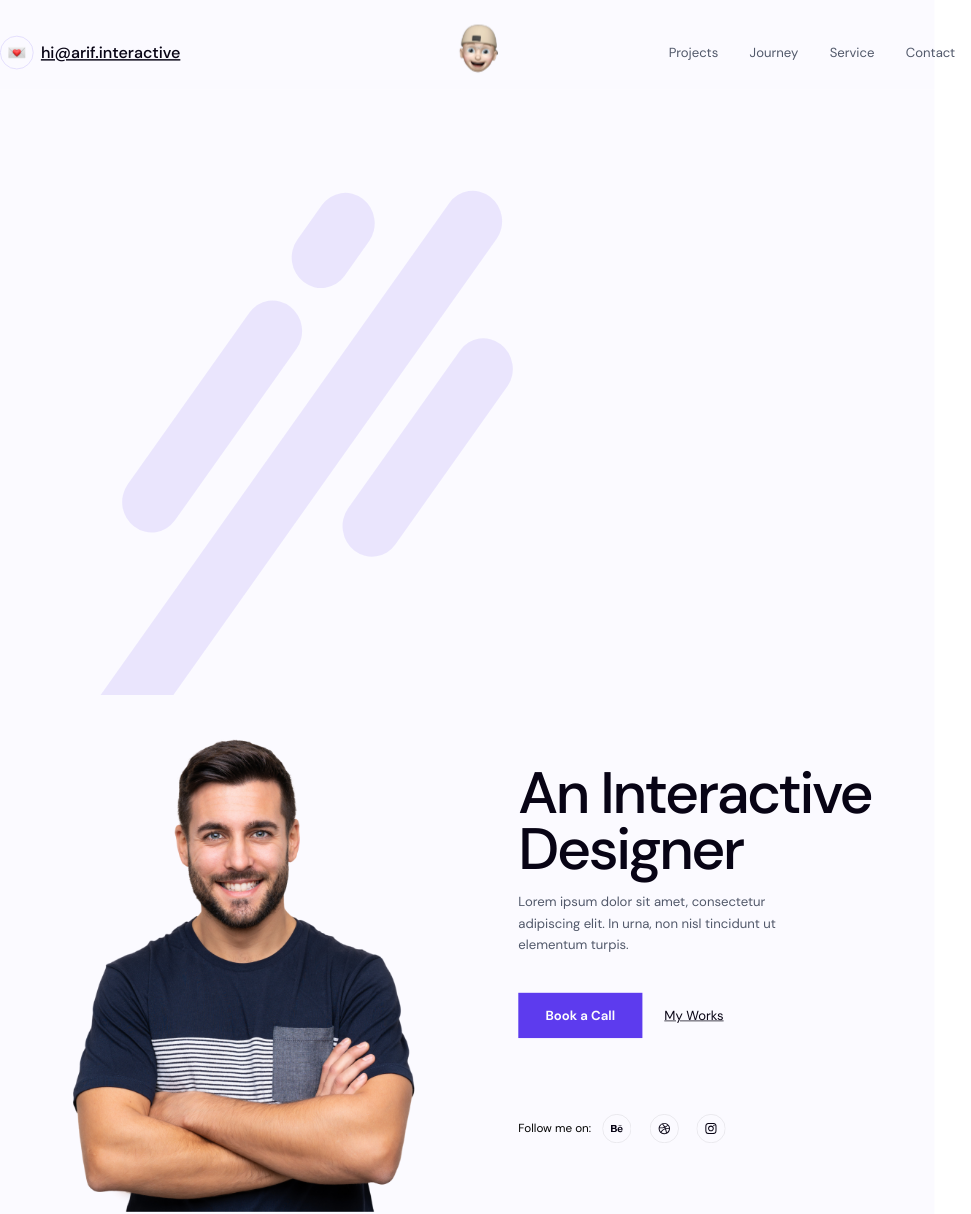
Repository: trantangtuan/project-06-grid-system12column-demo
Page: index.html
An editor plug-in stored every save of this project. The page is shown before and after the next save, followed by the edit.
The browser window is 1280 px wide. The page is 1330 px wide, so the pictures cover 1330 px, including what lies to the right of the window. The pictures show the whole page, at 73% of full size.

Above is the page before, as saved 2024-07-13 20:48:35.

### index.html
<!DOCTYPE html>
<html lang="en">
  <head>
    <meta charset="UTF-8" />
    <meta name="viewport" content="width=device-width, initial-scale=1.0" />
    <title>Project - 06 - use grid systerm 12 column</title>
    <!-- reset css -->
    <link rel="stylesheet" href="./assets/css/reset.css" />
    <!-- grid css -->
    <link rel="stylesheet" href="./assets/css/grid.css" />
    <!-- style css -->
    <link rel="stylesheet" href="./assets/css/style.css" />
    <!-- responsive css -->
    <link rel="stylesheet" href="./assets/css/responsive.css" />
    <!-- font DM sans -->
    <link rel="stylesheet" href="./assets/Font/stylesheet.css" />
  </head>
  <body>
    <!-- header -->
    <header class="header">
      <div class="nav">
        <div class="nav__mail">
          <div class="nav__mail-icon">
            <img
              class="nav__mail-img"
              src="./assets/img/mail-icon.png"
              alt="mail icon"
            />
          </div>
          <a
            href="mailto:nguyenvancuong0345723186@gmail.com"
            class="nav__mail-desc"
          >
            hi@arif.interactive
          </a>
        </div>
        <div class="logo">
          <img src="./assets/img/logo-boy.svg" alt="logo" class="logo-img" />
        </div>
        <ul class="navbar">
          <li>
            <a href="#!" class="navbar__item">Projects</a>
          </li>
          <li>
            <a href="#!" class="navbar__item">Journey</a>
          </li>
          <li>
            <a href="#!" class="navbar__item">Service</a>
          </li>
          <li>
            <a href="#!" class="navbar__item">Contact</a>
          </li>
        </ul>
      </div>
    </header>
    <!-- main -->
    <main class="main">
      <!-- hero -->
      <div class="hero">
        <div class="group-rectangle">
          <img
            class="group-rectangle__left"
            src="./assets/img/group-rectangle-left.svg"
            alt=""
          />
        </div>
        <div class="container">
          <div class="hero__left">
            <img
              src="./assets/img/hero-img.png"
              alt="image hero"
              class="hero__img"
            />
          </div>
          <div class="hero__right">
            <h1 class="hero__title">An Interactive Designer</h1>
            <p class="hero__desc">
              Lorem ipsum dolor sit amet, consectetur adipiscing elit. In urna,
              non nisl tincidunt ut elementum turpis.
            </p>
            <div class="hero__cta">
              <a href="#!" class="btn btn__book-call">Book a Call</a>
              <a href="#!" class="btn__my-detail">My Works</a>
            </div>
            <div class="hero__social-network">
              <span class="social-network__desc">Follow me on:</span>
              <div class="social-network__group">
                <a href="#!">
                  <img
                    src="./assets/img/Goggle.svg"
                    alt="goggle"
                    class="social-network__icon"
                  />
                </a>
                <a href="#!">
                  <img
                    src="./assets/img/icon.svg"
                    alt="icon"
                    class="social-network__icon"
                  />
                </a>
                <a href="#!">
                  <img
                    src="./assets/img/Instagram.svg"
                    alt="instagram"
                    class="social-network__icon"
                  />
                </a>
              </div>
            </div>
          </div>
        </div>
      </div>
    </main>
  </body>
</html>

### assets/css/grid.css
.container,
.container-fluid {
  --spacer: 10px;
  --column-size: 12;
  width: 100%;
  margin-left: auto;
  margin-right: auto;
  padding-left: calc(var(--spacer) / 2);
  padding-right: calc(var(--spacer) / 2);
}

.row {
  display: flex;
  flex-wrap: wrap;

  margin: 0px calc(-1 * var(--spacer) / 2);
}

.gutter-0 {
  --spacer: 0;
}

[class*="offset-"] {
  margin-left: calc(100% / var(--column-size) * var(--offset-value));
}

.offset-1 {
  --offset-value: 1;
}

.offset-2 {
  --offset-value: 2;
}

.offset-3 {
  --offset-value: 3;
}

.offset-4 {
  --offset-value: 4;
}

.offset-5 {
  --offset-value: 5;
}

.offset-6 {
  --offset-value: 6;
}

.offset-7 {
  --offset-value: 7;
}

.offset-8 {
  --offset-value: 8;
}

.offset-9 {
  --offset-value: 9;
}

.offset-10 {
  --offset-value: 10;
}

.offset-11 {
  --offset-value: 11;
}

.col,
.row[class*="row-cols-"] > *,
.row > [class*="col-"] {
  padding-left: calc(var(--spacer) / 2);
  padding-right: calc(var(--spacer) / 2);
}

.row[class*="row-cols-"] > *,
.row > [class*="col-"] {
  flex: 0 0 auto;
}

.row[class*="row-cols-"] > * {
  width: calc(100% / var(--row-cols-number));
}

.row-cols-1 > * {
  --row-cols-number: 1;
}

.row-cols-2 > * {
  --row-cols-number: 2;
}

.row-cols-3 > * {
  --row-cols-number: 3;
}

.row-cols-4 > * {
  --row-cols-number: 4;
}

.row-cols-5 > * {
  --row-cols-number: 5;
}

.row-cols-6 > * {
  --row-cols-number: 6;
}

.row > [class*="col-"] {
  width: calc(100% / var(--column-size) * var(--column-number));
}

.col-1 {
  --column-number: 1;
}

.col-2 {
  --column-number: 2;
}

.col-3 {
  --column-number: 3;
}

.col-4 {
  --column-number: 4;
}

.col-5 {
  --column-number: 5;
}

.col-6 {
  --column-number: 6;
}

.col-7 {
  --column-number: 7;
}

.col-8 {
  --column-number: 8;
}

.col-9 {
  --column-number: 9;
}

.col-10 {
  --column-number: 10;
}

.col-11 {
  --column-number: 11;
}

.col-12 {
  --column-number: 12;
}

/* // Small devices (landscape phones, 576px and up) */
@media (min-width: 576px) {
  .container {
    --spacer: 20px;
    width: 540px;
  }

  .gutter-sm-0 {
    --spacer: 0;
  }

  .offset-sm-1 {
    --offset-value: 1;
  }

  .offset-sm-2 {
    --offset-value: 2;
  }

  .offset-sm-3 {
    --offset-value: 3;
  }

  .offset-sm-4 {
    --offset-value: 4;
  }

  .offset-sm-5 {
    --offset-value: 5;
  }

  .offset-sm-6 {
    --offset-value: 6;
  }

  .offset-sm-7 {
    --offset-value: 7;
  }

  .offset-sm-8 {
    --offset-value: 8;
  }

  .offset-sm-9 {
    --offset-value: 9;
  }

  .offset-sm-10 {
    --offset-value: 10;
  }

  .offset-sm-11 {
    --offset-value: 11;
  }

  .col-sm-1 {
    --column-number: 1;
  }

  .col-sm-2 {
    --column-number: 2;
  }

  .col-sm-3 {
    --column-number: 3;
  }

  .col-sm-4 {
    --column-number: 4;
  }

  .col-sm-5 {
    --column-number: 5;
  }

  .col-sm-6 {
    --column-number: 6;
  }

  .col-sm-7 {
    --column-number: 7;
  }

  .col-sm-8 {
    --column-number: 8;
  }

  .col-sm-9 {
    --column-number: 9;
  }

  .col-sm-10 {
    --column-number: 10;
  }

  .col-sm-11 {
    --column-number: 11;
  }

  .col-sm-12 {
    --column-number: 12;
  }

  .row-cols-sm-1 > * {
    --row-cols-number: 1;
  }

  .row-cols-sm-2 > * {
    --row-cols-number: 2;
  }

  .row-cols-sm-3 > * {
    --row-cols-number: 3;
  }

  .row-cols-sm-4 > * {
    --row-cols-number: 4;
  }

  .row-cols-sm-5 > * {
    --row-cols-number: 5;
  }

  .row-cols-sm-6 > * {
    --row-cols-number: 6;
  }
}

/* // Medium devices (tablets, 768px and up) */
@media (min-width: 768px) {
  .container {
    width: 720px;
  }

  .gutter-md-0 {
    --spacer: 0;
  }

  .offset-md-1 {
    --offset-value: 1;
  }

  .offset-md-2 {
    --offset-value: 2;
  }

  .offset-md-3 {
    --offset-value: 3;
  }

  .offset-md-4 {
    --offset-value: 4;
  }

  .offset-md-5 {
    --offset-value: 5;
  }

  .offset-md-6 {
    --offset-value: 6;
  }

  .offset-md-7 {
    --offset-value: 7;
  }

  .offset-md-8 {
    --offset-value: 8;
  }

  .offset-md-9 {
    --offset-value: 9;
  }

  .offset-md-10 {
    --offset-value: 10;
  }

  .offset-md-11 {
    --offset-value: 11;
  }

  .col-md-1 {
    --column-number: 1;
  }

  .col-md-2 {
    --column-number: 2;
  }

  .col-md-3 {
    --column-number: 3;
  }

  .col-md-4 {
    --column-number: 4;
  }

  .col-md-5 {
    --column-number: 5;
  }

  .col-md-6 {
    --column-number: 6;
  }

  .col-md-7 {
    --column-number: 7;
  }

  .col-md-8 {
    --column-number: 8;
  }

  .col-md-9 {
    --column-number: 9;
  }

  .col-md-10 {
    --column-number: 10;
  }

  .col-md-11 {
    --column-number: 11;
  }

  .col-md-12 {
    --column-number: 12;
  }

  .row-cols-md-1 > * {
    --row-cols-number: 1;
  }

  .row-cols-md-2 > * {
    --row-cols-number: 2;
  }

  .row-cols-md-3 > * {
    --row-cols-number: 3;
  }

  .row-cols-md-4 > * {
    --row-cols-number: 4;
  }

  .row-cols-md-5 > * {
    --row-cols-number: 5;
  }

  .row-cols-md-6 > * {
    --row-cols-number: 6;
  }
}

/* // Large devices (desktops, 992px and up) */
@media (min-width: 992px) {
  .container {
    width: 960px;
    --spacer: 30px;
  }

  .gutter-lg-0 {
    --spacer: 0;
  }

  .offset-lg-1 {
    --offset-value: 1;
  }

  .offset-lg-2 {
    --offset-value: 2;
  }

  .offset-lg-3 {
    --offset-value: 3;
  }

  .offset-lg-4 {
    --offset-value: 4;
  }

  .offset-lg-5 {
    --offset-value: 5;
  }

  .offset-lg-6 {
    --offset-value: 6;
  }

  .offset-lg-7 {
    --offset-value: 7;
  }

  .offset-lg-8 {
    --offset-value: 8;
  }

  .offset-lg-9 {
    --offset-value: 9;
  }

  .offset-lg-10 {
    --offset-value: 10;
  }

  .offset-lg-11 {
    --offset-value: 11;
  }

  .col-lg-1 {
    --column-number: 1;
  }

  .col-lg-2 {
    --column-number: 2;
  }

  .col-lg-3 {
    --column-number: 3;
  }

  .col-lg-4 {
    --column-number: 4;
  }

  .col-lg-5 {
    --column-number: 5;
  }

  .col-lg-6 {
    --column-number: 6;
  }

  .col-lg-7 {
    --column-number: 7;
  }

  .col-lg-8 {
    --column-number: 8;
  }

  .col-lg-9 {
    --column-number: 9;
  }

  .col-lg-10 {
    --column-number: 10;
  }

  .col-lg-11 {
    --column-number: 11;
  }

  .col-lg-12 {
    --column-number: 12;
  }

  .row-cols-lg-1 > * {
    --row-cols-number: 1;
  }

  .row-cols-lg-2 > * {
    --row-cols-number: 2;
  }

  .row-cols-lg-3 > * {
    --row-cols-number: 3;
  }

  .row-cols-lg-4 > * {
    --row-cols-number: 4;
  }

  .row-cols-lg-5 > * {
    --row-cols-number: 5;
  }

  .row-cols-lg-6 > * {
    --row-cols-number: 6;
  }
}

/* // X-Large devices (large desktops, 1200px and up) */
@media (min-width: 1200px) {
  .container {
    width: 1170px;
  }

  .gutter-xl-0 {
    --spacer: 0;
  }

  .offset-xl-1 {
    --offset-value: 1;
  }

  .offset-xl-2 {
    --offset-value: 2;
  }

  .offset-xl-3 {
    --offset-value: 3;
  }

  .offset-xl-4 {
    --offset-value: 4;
  }

  .offset-xl-5 {
    --offset-value: 5;
  }

  .offset-xl-6 {
    --offset-value: 6;
  }

  .offset-xl-7 {
    --offset-value: 7;
  }

  .offset-xl-8 {
    --offset-value: 8;
  }

  .offset-xl-9 {
    --offset-value: 9;
  }

  .offset-xl-10 {
    --offset-value: 10;
  }

  .offset-xl-11 {
    --offset-value: 11;
  }

  .col-xl-1 {
    --column-number: 1;
  }

  .col-xl-2 {
    --column-number: 2;
  }

  .col-xl-3 {
    --column-number: 3;
  }

  .col-xl-4 {
    --column-number: 4;
  }

  .col-xl-5 {
    --column-number: 5;
  }

  .col-xl-6 {
    --column-number: 6;
  }

  .col-xl-7 {
    --column-number: 7;
  }

  .col-xl-8 {
    --column-number: 8;
  }

  .col-xl-9 {
    --column-number: 9;
  }

  .col-xl-10 {
    --column-number: 10;
  }

  .col-xl-11 {
    --column-number: 11;
  }

  .col-xl-12 {
    --column-number: 12;
  }

  .row-cols-xl-1 > * {
    --row-cols-number: 1;
  }

  .row-cols-xl-2 > * {
    --row-cols-number: 2;
  }

  .row-cols-xl-3 > * {
    --row-cols-number: 3;
  }

  .row-cols-xl-4 > * {
    --row-cols-number: 4;
  }

  .row-cols-xl-5 > * {
    --row-cols-number: 5;
  }

  .row-cols-xl-6 > * {
    --row-cols-number: 6;
  }
}

### assets/css/style.css
:root {
  --primary-color: #5d3bee;
  --secondary-color: #51586a;
}

*,
::after,
::before {
  box-sizing: border-box;
}

html {
  font-size: 62.5%;
}

body {
  font-size: 1.6rem;
  font-family: "DM Sans", sans-serif;
}

.item {
  /* width: 33.3333%; */
  border: 1px dashed orange;
  flex: 1 0;
}

/* ======================common======================== */

a {
  text-decoration: none;
  color: var(--secondary-color);
  font-size: 1.8rem;
  font-style: normal;
  font-weight: 400;
}

.btn {
  display: inline-block;
  height: 62px;
  min-width: 170px;
  background-color: var(--primary-color);
  padding: 0px 8px;
  color: #fdfdfd;
  font-size: 1.8rem;
  font-style: normal;
  font-weight: 700;
  line-height: 62px;
  text-align: center;
}

/* ==========================header========================= */

.header {
  background-color: #fbfaff;
  padding-top: 20px;
  position: sticky;
  top: -20px;
  z-index: 999;
}

.nav {
  width: 1330px;
  margin: 0px auto;
  display: flex;
  align-items: center;
}

.nav__mail {
  display: flex;
  align-items: center;
  gap: 0 10px;
}

.nav__mail-icon {
  width: 46px;
  height: 46px;
  border-radius: 50%;
  border: 1px solid #dcd4fc;
  display: flex;
  align-items: center;
  justify-content: center;
}

.nav__mail-desc {
  color: #080415;
  font-size: 2.2rem;
  font-style: normal;
  font-weight: 500;
  line-height: 136.364%;
  text-decoration: underline;
}

.logo {
  margin-left: 357px;
}

.logo-img {
  height: 100px;
  width: 100px;
}

.navbar {
  margin-left: auto;
  display: flex;
  align-items: center;
}

.navbar__item {
  padding: 8px 21.5px;
}

/* ========================main================== */
/* hero */

.hero {
  padding-top: 44px;
  background-color: #fbfaff;
  position: relative;
}

.hero > .container {
  display: flex;
  align-items: center;
}

.hero__img {
  width: 514px;
}

.hero__right {
  width: 500px;
  margin-left: auto;
}

.hero__title {
  color: #080415;
  font-size: 8rem;
  font-style: normal;
  font-weight: 500;
  line-height: 95%;
  letter-spacing: -3.2px;
}

.hero__desc {
  width: 370px;
  margin-top: 20px;
  color: #51586a;
  font-size: 1.8rem;
  font-style: normal;
  font-weight: 400;
  line-height: 166.667%;
}

.hero__cta {
  margin-top: 50px;
  display: flex;
  align-items: center;
  gap: 30px;
}

.btn__my-detail {
  background-color: transparent;
  color: #080415;
  text-decoration: underline;
}

.hero__social-network {
  margin-top: 104px;
  display: flex;
  /* align-items: center; */
}

.social-network__desc {
  line-height: 40px;
  margin-right: -5px;
}

.social-network__icon {
  width: 40px;
  height: 40px;
  margin-left: 20px;
}

### assets/Font/stylesheet.css
@font-face {
    font-family: 'DM Sans';
    src: url('DMSans-Bold.woff2') format('woff2'),
        url('DMSans-Bold.woff') format('woff');
    font-weight: bold;
    font-style: normal;
    font-display: swap;
}

@font-face {
    font-family: 'DM Sans';
    src: url('DMSans-Italic.woff2') format('woff2'),
        url('DMSans-Italic.woff') format('woff');
    font-weight: normal;
    font-style: italic;
    font-display: swap;
}

@font-face {
    font-family: 'DM Sans';
    src: url('DMSans-BoldItalic.woff2') format('woff2'),
        url('DMSans-BoldItalic.woff') format('woff');
    font-weight: bold;
    font-style: italic;
    font-display: swap;
}

@font-face {
    font-family: 'DM Sans';
    src: url('DMSans-Medium.woff2') format('woff2'),
        url('DMSans-Medium.woff') format('woff');
    font-weight: 500;
    font-style: normal;
    font-display: swap;
}

@font-face {
    font-family: 'DM Sans';
    src: url('DMSans-MediumItalic.woff2') format('woff2'),
        url('DMSans-MediumItalic.woff') format('woff');
    font-weight: 500;
    font-style: italic;
    font-display: swap;
}

@font-face {
    font-family: 'DM Sans';
    src: url('DMSans-Regular.woff2') format('woff2'),
        url('DMSans-Regular.woff') format('woff');
    font-weight: normal;
    font-style: normal;
    font-display: swap;
}

Loaded but not shown: assets/css/reset.css (common file); assets/css/responsive.css (no stored copy; drawn as an empty file)

After the next save:
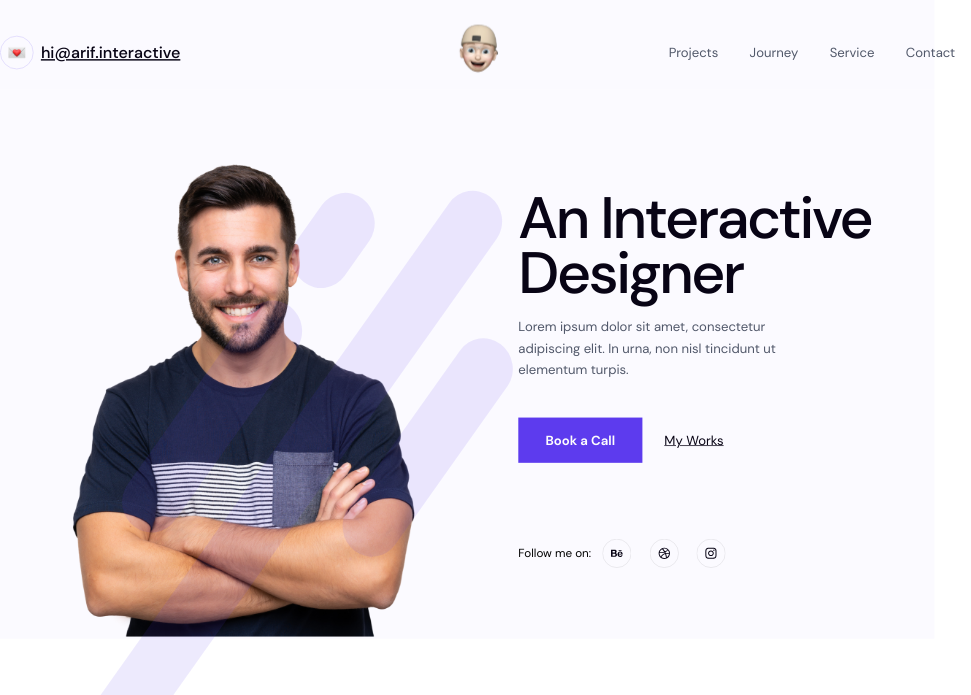
Saved 23 s later.
--- a/assets/css/style.css
+++ b/assets/css/style.css
@@ -118,6 +118,10 @@ a {
   position: relative;
 }
 
+.group-rectangle__left {
+  position: absolute;
+}
+
 .hero > .container {
   display: flex;
   align-items: center;
